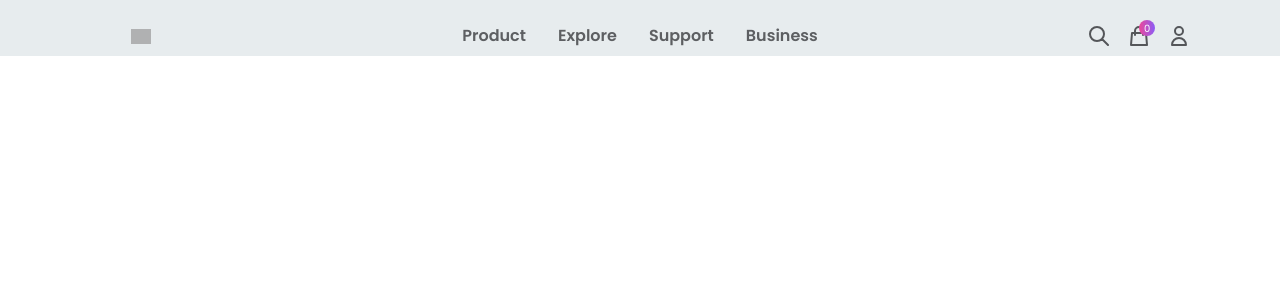
Repository: aliamini1422/semiAppleSite
Page: /checkout
The author's editor kept a copy of each file at every save. The page is drawn from the files as they stood at one save, then again after the next save.
The browser window is 1280 px wide. The pictures show the whole page.
Pictures or frames that could not be fetched are drawn as grey boxes. The project was rebuilt for these pictures with package versions that can differ from the ones it lists, and the page was loaded fresh each time. The framework's server and built-in components were replaced by stand-ins that run in the browser. Also part of the build but not shown: next.config.js.

Above is the page before, as saved 2022-09-04 23:51:57.

After the next save:
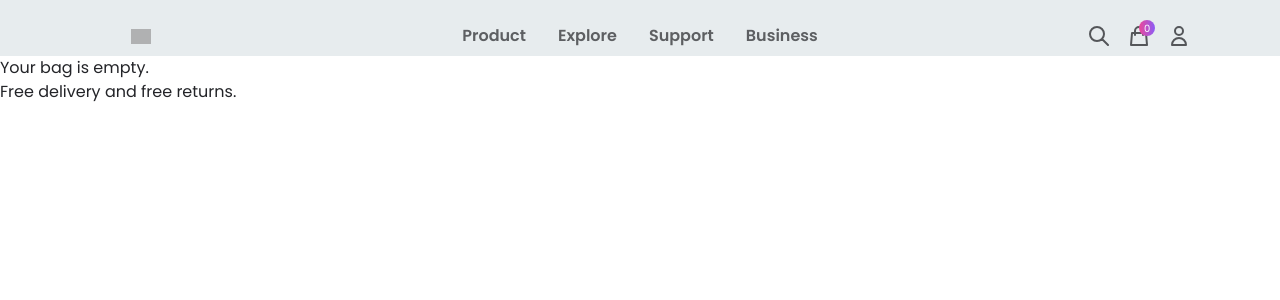
Saved 2 min 14 s later.
--- a/pages/checkout.tsx
+++ b/pages/checkout.tsx
@@ -12,8 +12,9 @@ function checkout() {
         <Header />
         <main>
             <div>
-                <h1>{}</h1>
+                <h1>{items.length > 0 ? "Review your bag" : "Your bag is empty."}</h1>
             </div>
+            <p>Free delivery and free returns.</p>
         </main>
     </div>
   )
